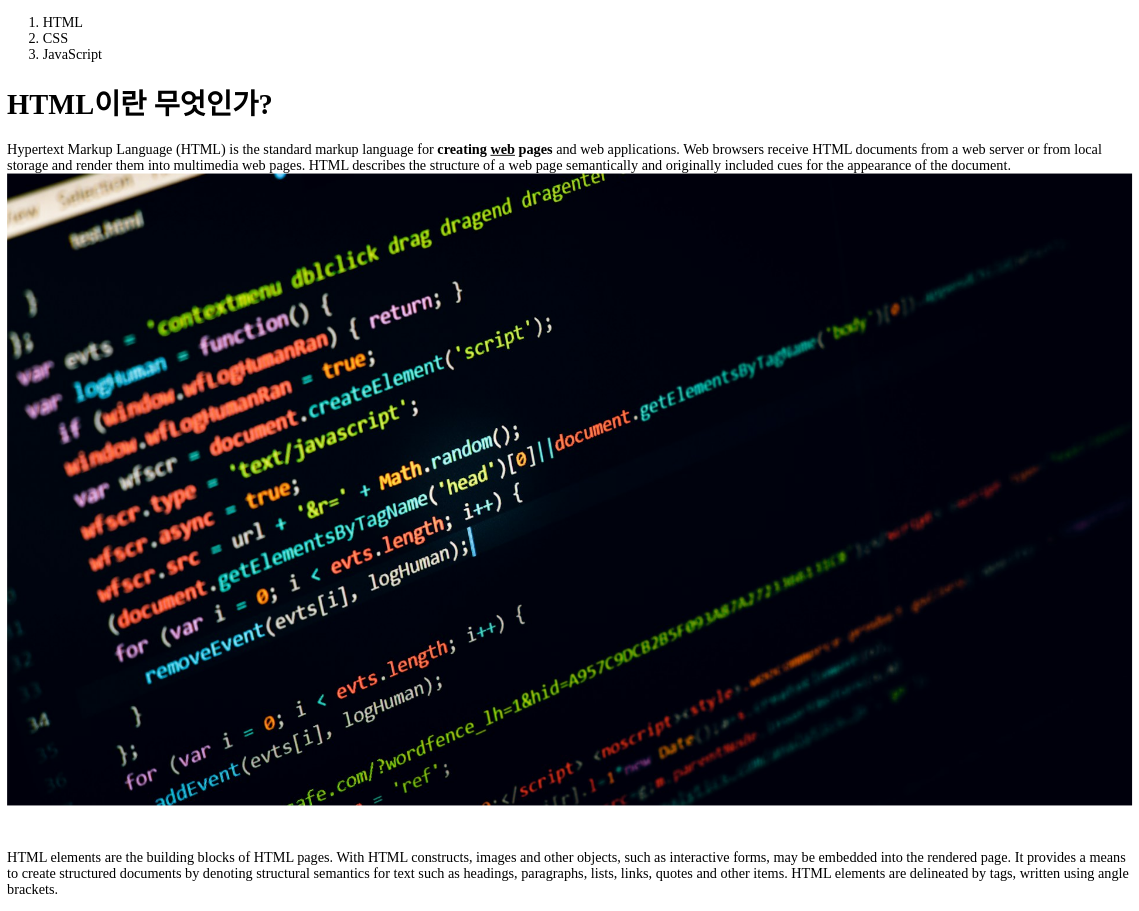
Repository: youngsik0405/Web-study
Page: Practice/WebContent/1.html
The author's editor kept a copy of each file at every save. The page is drawn from the files as they stood at one save, then again after the next save.
The browser window is 1280 px wide. The pictures show the whole page, at 89% of full size.

Above is the page before, as saved 2025-01-20 11:57:41.

After the next save:
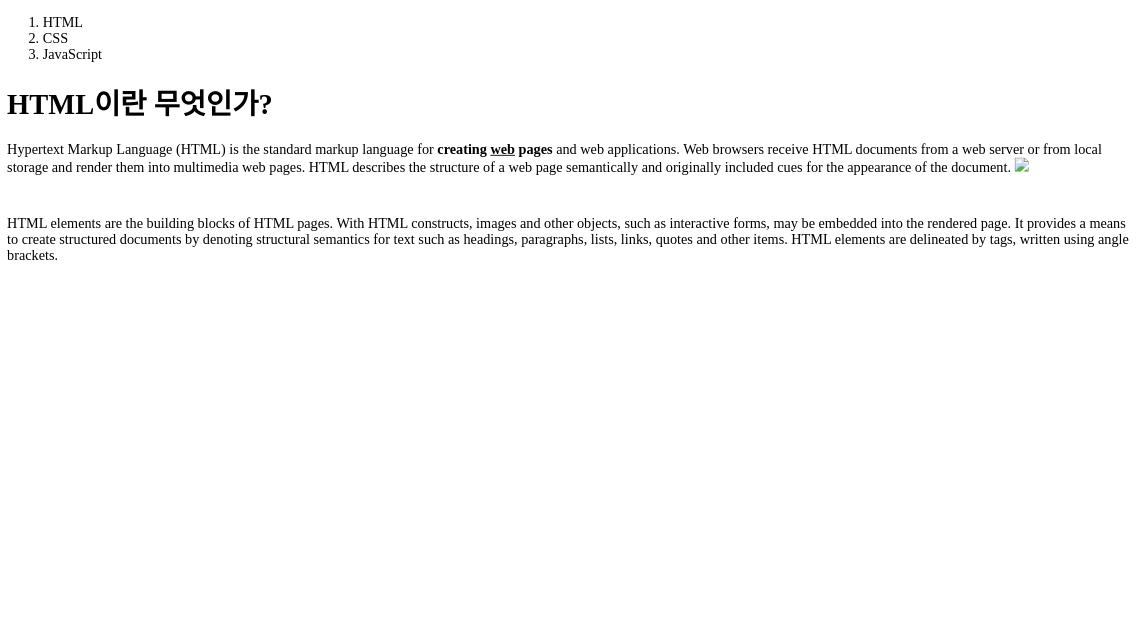
Not found: Practice/WebContent/coding2.jpg
Saved 3 min 2 s later.
--- a/Practice/WebContent/1.html
+++ b/Practice/WebContent/1.html
@@ -20,7 +20,7 @@
  HTML describes the structure of a
  web page semantically and originally included
  cues for the appearance of the document.
- <img src="coding.jpg" width="100%;">
+ <img src="coding2.jpg" width="100%;">
 </p><p style="margin-top:45px;">HTML elements are
 the building blocks of HTML pages.
 With HTML constructs, images and other objects,

After the save that followed:
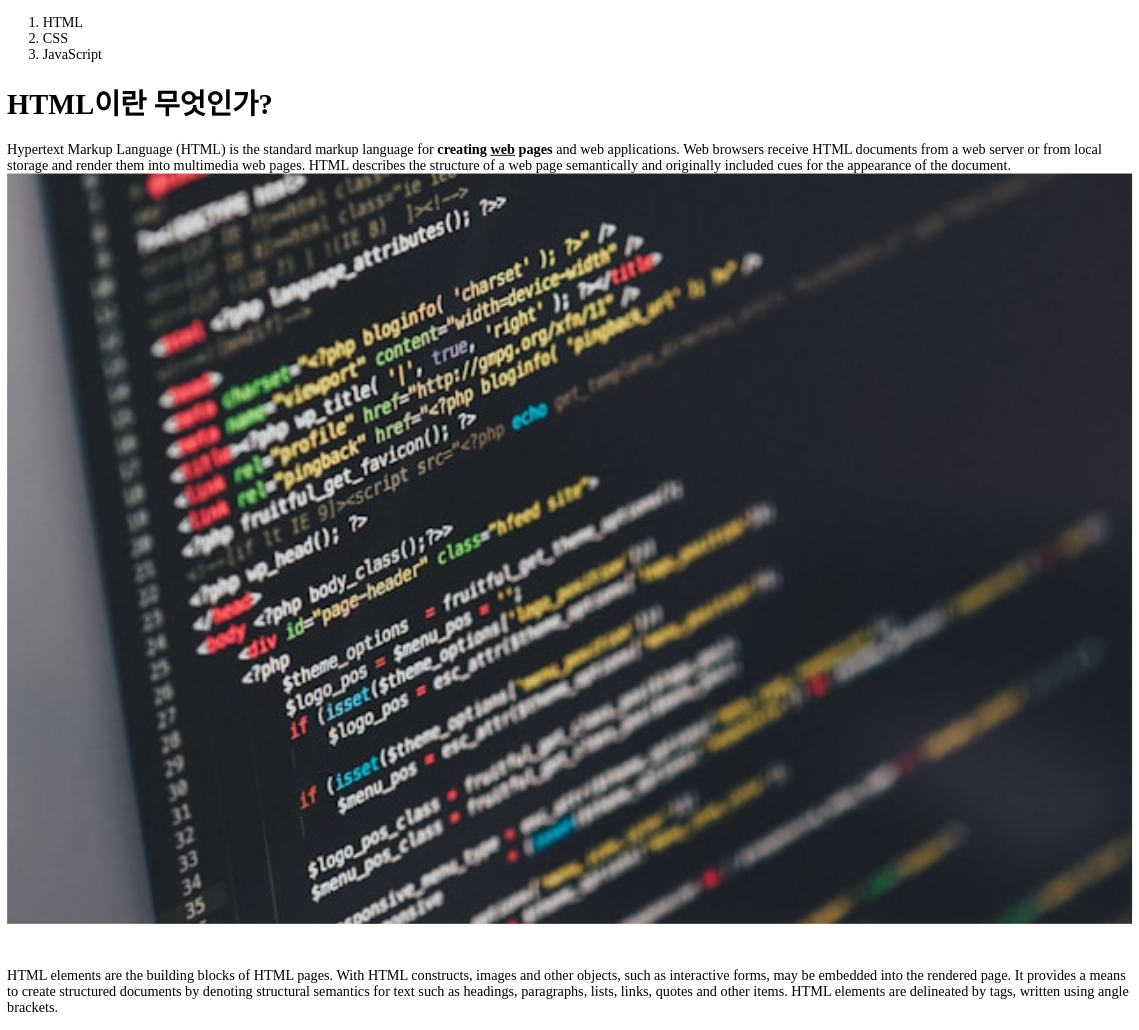
Saved 30 s later.
--- a/Practice/WebContent/1.html
+++ b/Practice/WebContent/1.html
@@ -20,7 +20,7 @@
  HTML describes the structure of a
  web page semantically and originally included
  cues for the appearance of the document.
- <img src="coding2.jpg" width="100%;">
+ <img src="img/coding2.jpg" width="100%;">
 </p><p style="margin-top:45px;">HTML elements are
 the building blocks of HTML pages.
 With HTML constructs, images and other objects,
